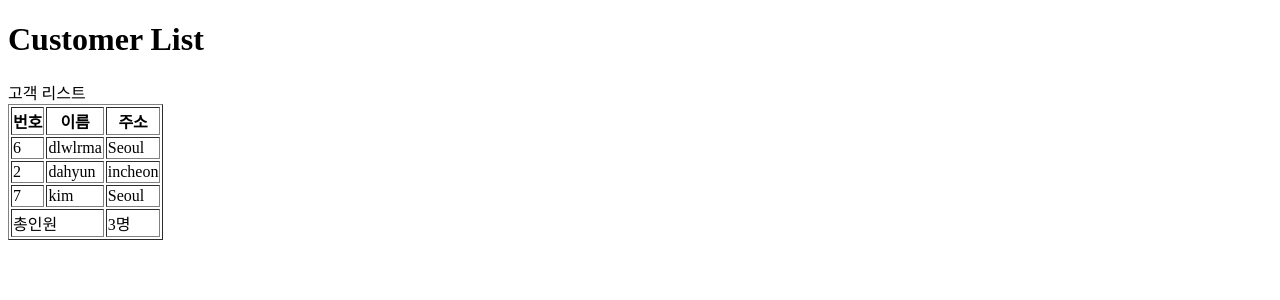
Repository: hyungju2/SSAFY_JavaPractice
Page: 20190211_HTML/web_java/HTMLProject/WebContent/html/Tabletag.html
These files come from the project's save history. The page is drawn as it stood at one moment and after the next save; the edit follows.
The browser window is 1280 px wide. The pictures show the whole page.

Above is the page before, as saved 2019-02-11 04:58:33.

After the next save:
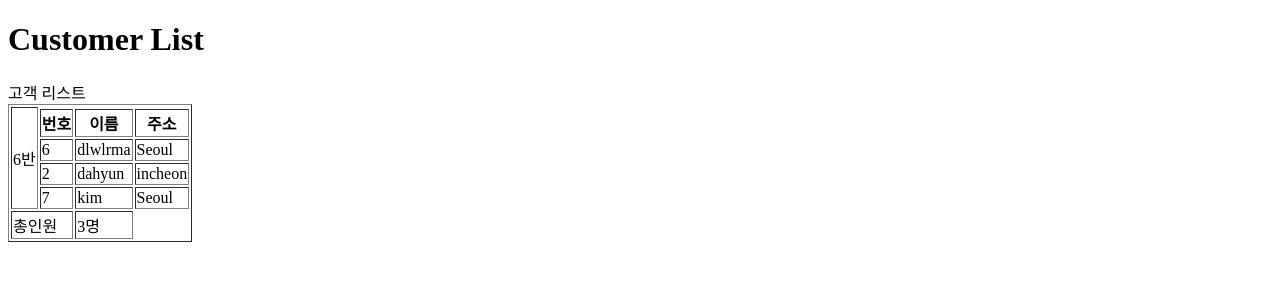
Saved 47 s later.
--- a/20190211_HTML/web_java/HTMLProject/WebContent/html/Tabletag.html
+++ b/20190211_HTML/web_java/HTMLProject/WebContent/html/Tabletag.html
@@ -15,6 +15,11 @@
 		</thead>
 
 		<tbody>
+
+		<tr>
+			<td rowspan="5">6반</td>
+		</tr>
+
 		<tr>
 			<th>번호</th>
 			<th>이름</th>
